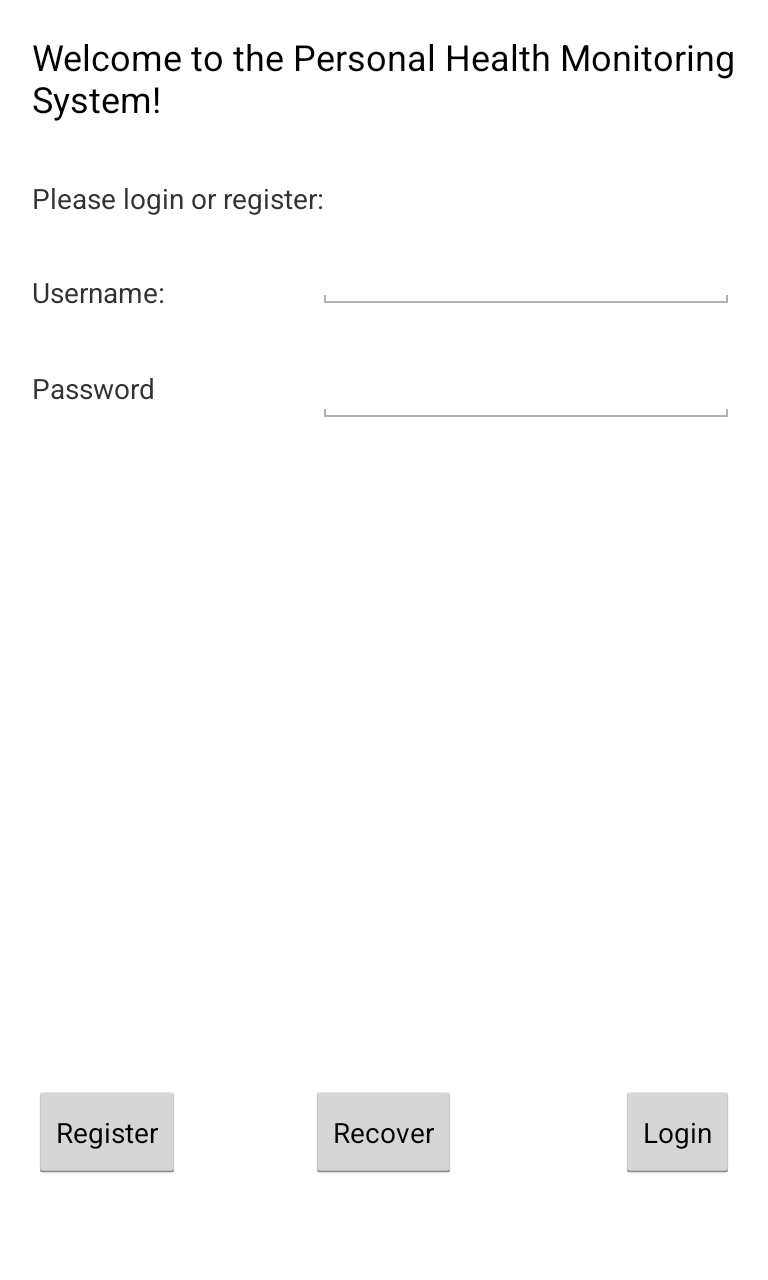
Repository: seth-skocelas/PHMS
Layout: PHMS/res/layout/activity_login.xml
The author's editor kept a copy of each file at every save. The layout is drawn from the files as they stood at one save, then again after the next save.
It is drawn on a 768 x 1280 px phone screen (xhdpi) without system bars, with theme AppTheme; the app's code is not run.

Above is the layout before, as saved 2014-04-03 16:45:25.

After the next save:
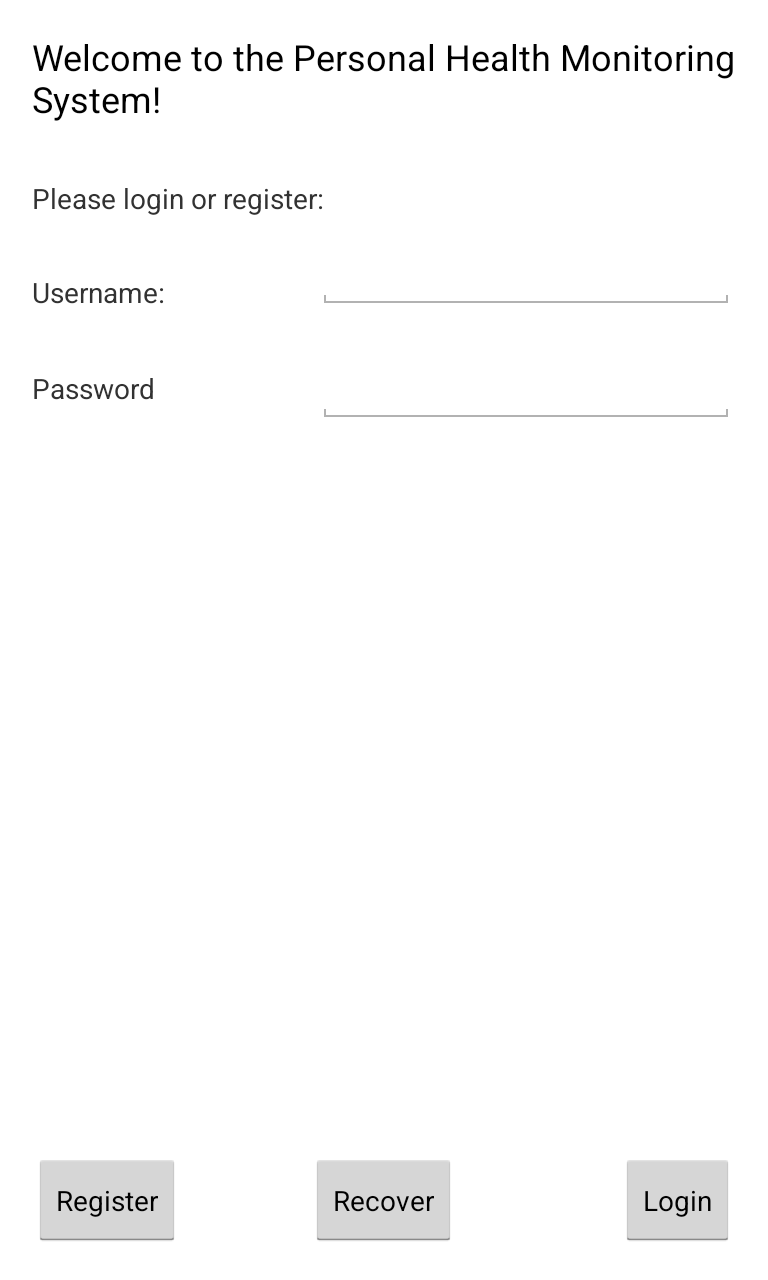
Saved 2 min 24 s later.
--- a/PHMS/res/layout/activity_login.xml
+++ b/PHMS/res/layout/activity_login.xml
@@ -68,12 +68,21 @@
         android:inputType="text" />
 
     <Button
+        android:id="@+id/button3"
+        style="?android:attr/buttonStyleSmall"
+        android:layout_width="wrap_content"
+        android:layout_height="wrap_content"
+        android:layout_alignParentBottom="true"
+        android:layout_alignParentLeft="true"
+        android:onClick="startRegister"
+        android:text="@string/register" />
+
+    <Button
         android:id="@+id/button2"
         style="?android:attr/buttonStyleSmall"
         android:layout_width="wrap_content"
         android:layout_height="wrap_content"
-        android:layout_alignBaseline="@+id/button1"
-        android:layout_alignBottom="@+id/button1"
+        android:layout_alignParentBottom="true"
         android:layout_centerHorizontal="true"
         android:text="@string/recover" />
 
@@ -83,19 +92,7 @@
         android:layout_width="wrap_content"
         android:layout_height="wrap_content"
         android:layout_alignParentBottom="true"
-        android:layout_alignParentRight="true"
-        android:layout_marginBottom="34dp"
+        android:layout_alignRight="@+id/editText1"
         android:text="@string/login" />
 
-    <Button
-        android:id="@+id/button3"
-        style="?android:attr/buttonStyleSmall"
-        android:layout_width="wrap_content"
-        android:layout_height="wrap_content"
-        android:layout_alignBaseline="@+id/button2"
-        android:layout_alignBottom="@+id/button2"
-        android:layout_alignParentLeft="true"
-        android:onClick="startRegister"
-        android:text="@string/register" />
-
 </RelativeLayout>
